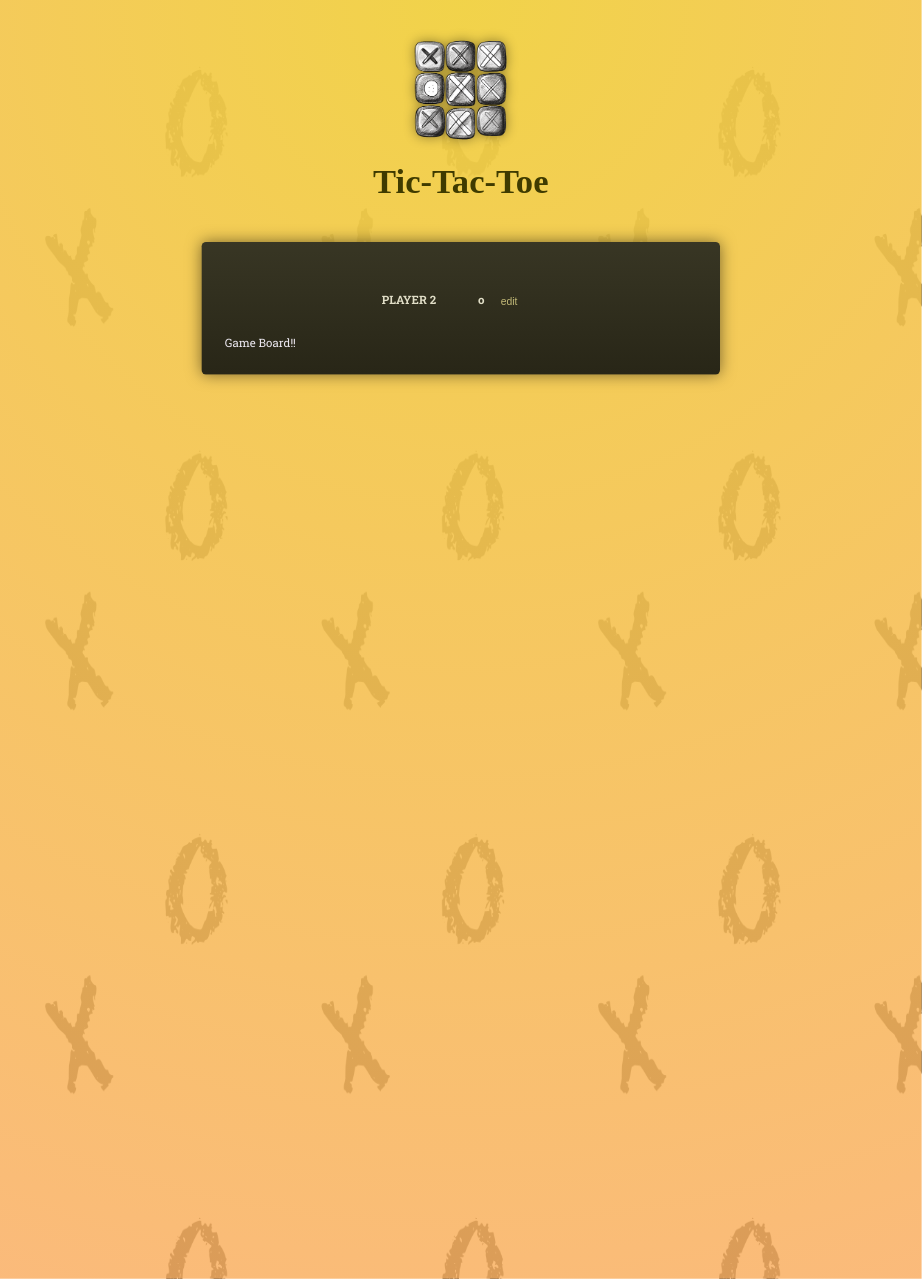
Repository: PrateekSahu9808/Tic_tac__toe_game
Page: /
The author's editor kept a copy of each file at every save. The page is drawn from the files as they stood at one save, then again after a run of saves.
The browser window is 1280 px wide. The pictures show the whole page, at 72% of full size.
Some web fonts or font styles are not loaded; a fallback is used. The project was rebuilt for these pictures with package versions that can differ from the ones it lists, and the page was loaded fresh each time. Also part of the build but not shown: vite.config.js.

Above is the page before, as saved 2024-04-16 00:00:27.

After the next 6 saves:
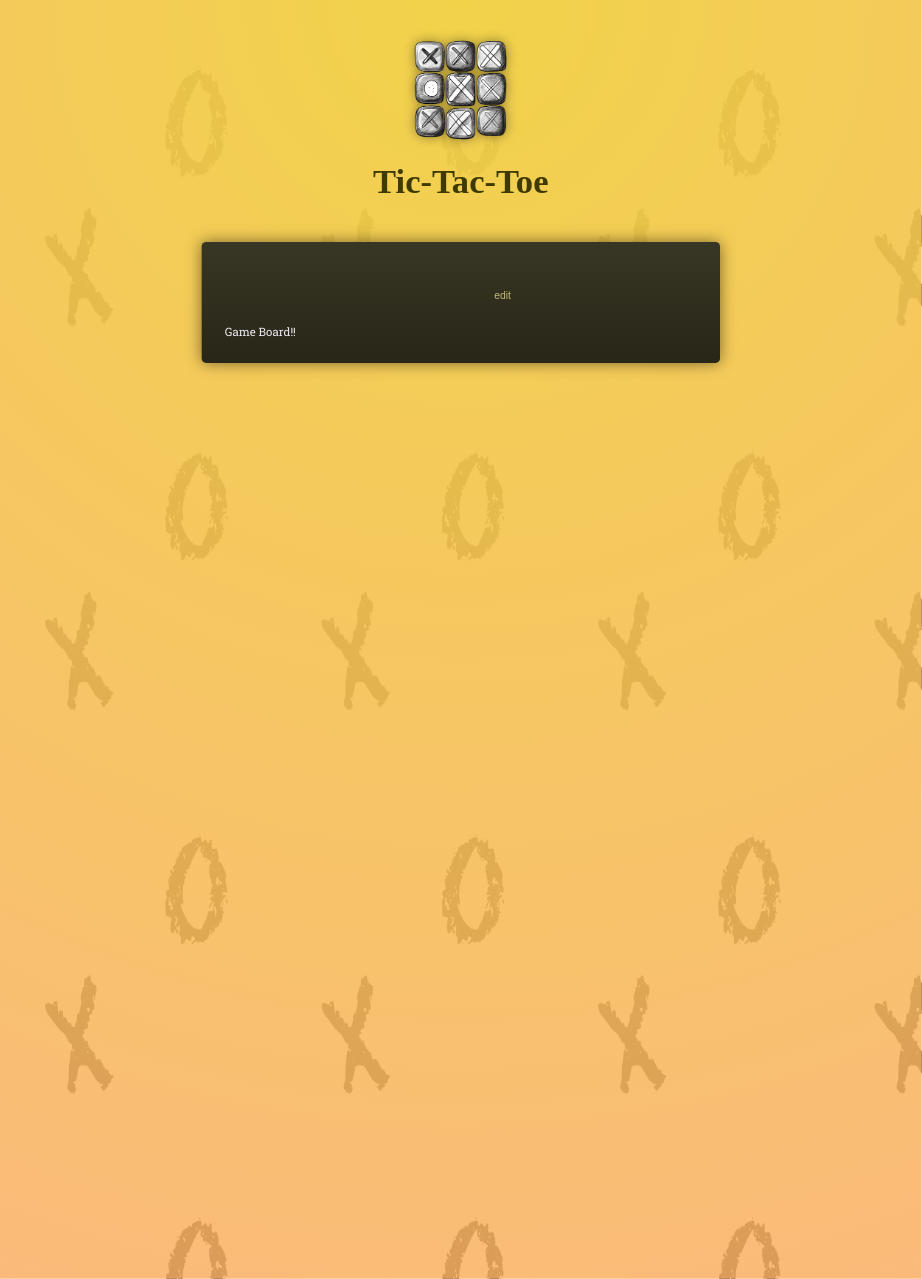
The 6 saves are shown as one change because 1 did not build or start and some came seconds apart.
The last was saved 19 s later.
--- a/src/App.jsx
+++ b/src/App.jsx
@@ -1,16 +1,11 @@
+import Player from "./Components/Player";
+
 function App() {
   return (
     <main>
       <div id="game-container">
         <ol id="players">
-
-          <li>
-            <span className="player">
-              <span className="player-name">Player 2</span>
-              <span className="player-symbol">o</span>
-            </span>
-            <button>edit</button>
-          </li>
+          <Player/>
         </ol>
         Game Board!!
       </div>
